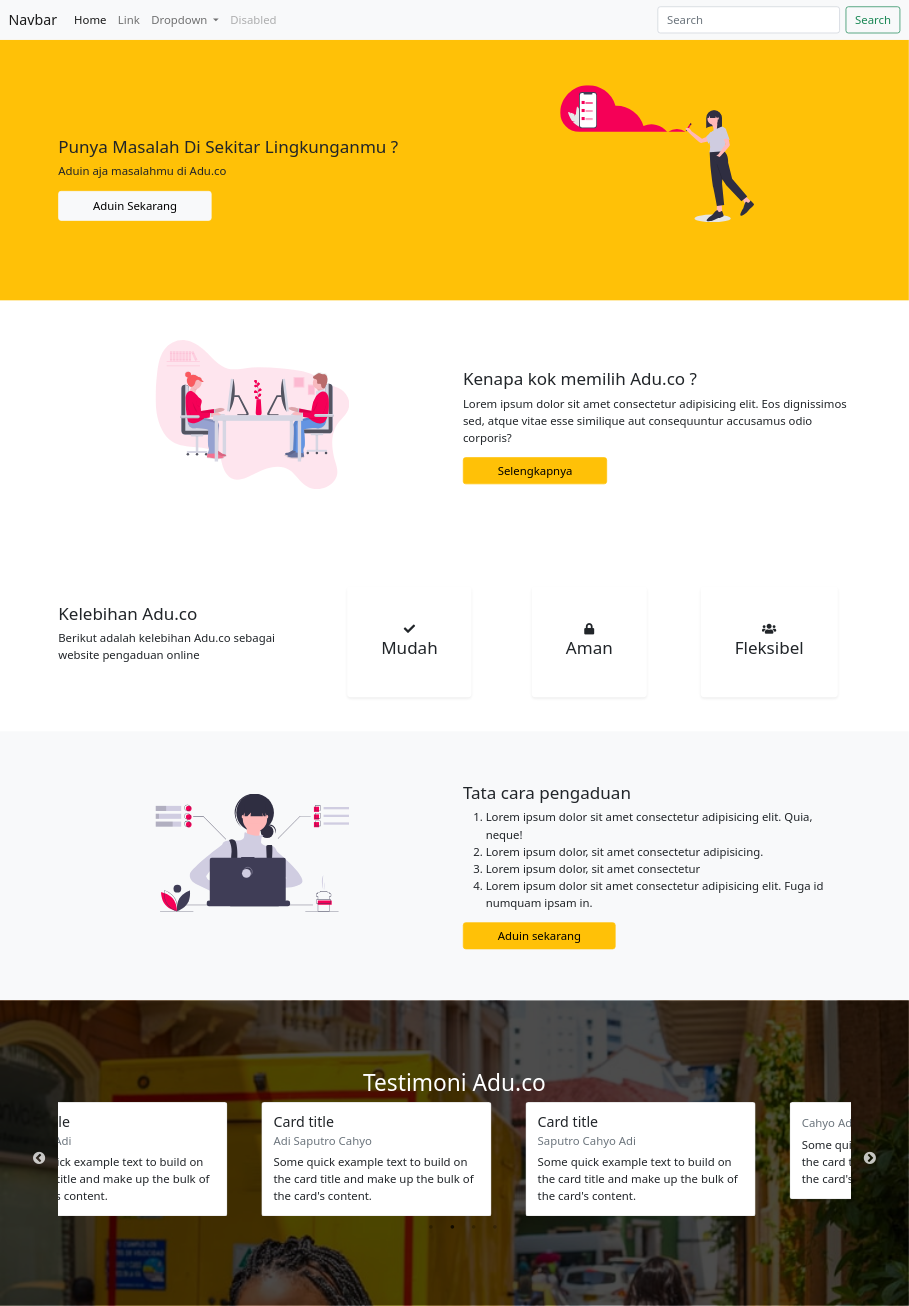
Repository: khulqu15/pengaduan2
Page: http://localhost/
An editor plug-in stored every save of this project. The page is shown before and after the next save, followed by the edit.
The browser window is 1280 px wide. The pictures show the whole page, at 71% of full size.
Backgrounds fixed to the window are drawn as part of the page. The page is served by the project's Laravel application, run on PHP 8.4 with Laravel 8. Other server files are loaded and not shown.

Above is the page before, as saved 2021-02-23 21:10:21.

### routes/web.php
<?php

use App\Http\Controllers\UserController;
use Illuminate\Support\Facades\Route;

/*
|--------------------------------------------------------------------------
| Web Routes
|--------------------------------------------------------------------------
|
| Here is where you can register web routes for your application. These
| routes are loaded by the RouteServiceProvider within a group which
| contains the "web" middleware group. Now create something great!
|
*/

Route::get('/', function () {
    return view('welcome');
});

Route::get('login', [UserController::class, 'loginGet'])->name('loginView');
Route::post('login', [UserController::class, 'loginPost'])->name('loginLogic');
Route::get('register', [UserController::class, 'registerGet'])->name('registerView');
Route::post('register', [UserController::class, 'registerPost'])->name('registerLogic');

### resources/views/welcome.blade.php
@extends('layout.app')

@section('title', 'Home')

@section('content')
    <div class="container-fluid bg-warning py-5">
        <div class="container">
            <div class="row py-3">
                <div class="col-md-6 py-5">
                    <h4 class="mt-4">Punya Masalah Di Sekitar Lingkunganmu ?</h4>
                    <p>Aduin aja masalahmu di Adu.co</p>
                    <button class="btn btn-light px-5 py-2">Aduin Sekarang</button>
                </div>
                <div class="col-md-6 text-center">
                    <img src="{{ asset('img/illust/illust2.svg') }}" class="w-50" alt="">
                </div>
            </div>
        </div>
    </div>
    <div class="container py-5">
        <div class="row">
            <div class="col-md-6 text-center py-2">
                <img src="{{ asset('img/illust/illust1.svg') }}" class="w-50" alt="">
            </div>
            <div class="col-md-6 py-5">
                <h4>Kenapa kok memilih Adu.co ?</h4>
                <p>Lorem ipsum dolor sit amet consectetur adipisicing elit. Eos dignissimos sed, atque vitae esse similique aut consequuntur accusamus odio corporis?</p>
                <button class="btn btn-warning px-5">Selengkapnya</button>
            </div>
        </div>
    </div>
    <div class="container py-5">
        <div class="row">
            <div class="col-md-4 py-4">
                <h4>Kelebihan Adu.co</h4>
                <p>Berikut adalah kelebihan Adu.co sebagai website pengaduan online</p>
            </div>
            <div class="col-md-8">
                <div class="row">
                    <div class="col-md-4 text-center">
                        <div class="d-inline-block shadow-sm rounded-3 p-5">
                            <i class="fas fa-check"></i>
                            <h4>Mudah</h4>
                        </div>
                    </div>
                    <div class="col-md-4 text-center">
                        <div class="d-inline-block shadow-sm rounded-3 p-5">
                            <i class="fas fa-lock"></i>
                            <h4>Aman</h4>
                        </div>
                    </div>
                    <div class="col-md-4 text-center">
                        <div class="d-inline-block shadow-sm rounded-3 p-5">
                            <i class="fas fa-users"></i>
                            <h4>Fleksibel</h4>
                        </div>
                    </div>
                </div>
            </div>
        </div>
    </div>
    <div class="container-fluid bg-light py-5">
        <div class="container py-4">
            <div class="row">
                <div class="col-md-6 text-center py-3">
                    <img src="{{ asset('img/illust/illust3.svg') }}" class="w-50" alt="">
                </div>
                <div class="col-md-6">
                    <h4>Tata cara pengaduan</h4>
                    <ul style="list-style-type: decimal">
                        <li>Lorem ipsum dolor sit amet consectetur adipisicing elit. Quia, neque!</li>
                        <li>Lorem ipsum dolor, sit amet consectetur adipisicing.</li>
                        <li>Lorem ipsum dolor, sit amet consectetur</li>
                        <li>Lorem ipsum dolor sit amet consectetur adipisicing elit. Fuga id numquam ipsam in.</li>
                    </ul>
                    <button class="btn btn-warning px-5">Aduin sekarang</button>
                </div>
            </div>
        </div>
    </div>
    <div class="container-fluid image-footer-home">
        <div class="overlay"></div>
        <div class="container position-relative py-5">
            <div class="row py-5">
                <div class="col-md-12 text-center">
                    <h2 class="text-white">Testimoni Adu.co</h2>
                </div>
                <div class="slider" id="testimoni-slider">
                    <div class="px-4">
                        <div class="card w-100">
                            <div class="card-body">
                                <h5 class="card-title">Card title</h5>
                                <h6 class="card-subtitle mb-2 text-muted">Saputro Adi</h6>
                                <p class="card-text">Some quick example text to build on the card title and make up the bulk of the card's content.</p>
                            </div>
                        </div>
                    </div>
                    <div class="px-4">
                        <div class="card w-100">
                            <div class="card-body">
                                <h5 class="card-title">Card title</h5>
                                <h6 class="card-subtitle mb-2 text-muted">Adi Saputro Cahyo</h6>
                                <p class="card-text">Some quick example text to build on the card title and make up the bulk of the card's content.</p>
                            </div>
                        </div>
                    </div>
                    <div class="px-4">
                        <div class="card w-100">
                            <div class="card-body">
                                <h5 class="card-title">Card title</h5>
                                <h6 class="card-subtitle mb-2 text-muted">Saputro Cahyo Adi</h6>
                                <p class="card-text">Some quick example text to build on the card title and make up the bulk of the card's content.</p>
                            </div>
                        </div>
                    </div>
                    <div class="px-4">
                        <div class="card w-100">
                            <div class="card-body">
                                <h5 class="card-title"></h5>
                                <h6 class="card-subtitle mb-2 text-muted">Cahyo Adi Saputro</h6>
                                <p class="card-text">Some quick example text to build on the card title and make up the bulk of the card's content.</p>
                            </div>
                        </div>
                    </div>
                </div>
            </div>
        </div>
    </div>

    <script>
        $('#testimoni-slider').slick({
            slidesToShow: 3,
            slidesToScroll: 1,
            dots: true,
            arrows: true,
            infinite: true,
            autoplay: true,
            autoplaySpeed: 5000,
        })
    </script>

@endsection

### resources/views/layout/app.blade.php
<!DOCTYPE html>
<html lang="en">
<head>
    <meta charset="UTF-8">
    <meta name="viewport" content="width=device-width, initial-scale=1.0">
    <meta http-equiv="X-UA-Compatible" content="ie=edge">
    <title>Pengaduan | @yield('title')</title>

    <link rel="stylesheet" href="{{ asset('css/bootstrap.min.css') }}">
    <link rel="stylesheet" href="{{ asset('css/all.min.css') }}">
    <link rel="stylesheet" href="{{ asset('css/fontawesome.min.css') }}">
    <link rel="stylesheet" href="{{ asset('css/style.css') }}">
    <link rel="stylesheet" href="{{ asset('css/slick.css') }}">
    <link rel="stylesheet" href="{{ asset('css/slick-theme.css') }}">

    <script src="{{ asset('js/jquery-3.5.1.min.js') }}"></script>
    <script src="{{ asset('js/bootstrap.min.js') }}"></script>
    <script src="{{ asset('js/all.min.js') }}"></script>
    <script src="{{ asset('js/fontawesome.min.js') }}"></script>
    <script src="{{ asset('js/slick.min.js') }}"></script>

    @yield('assets')

</head>
<body>
    <nav class="navbar navbar-expand-lg navbar-light bg-light">
        <div class="container-fluid">
          <a class="navbar-brand" href="#">Navbar</a>
          <button class="navbar-toggler" type="button" data-bs-toggle="collapse" data-bs-target="#navbarSupportedContent" aria-controls="navbarSupportedContent" aria-expanded="false" aria-label="Toggle navigation">
            <span class="navbar-toggler-icon"></span>
          </button>
          <div class="collapse navbar-collapse" id="navbarSupportedContent">
            <ul class="navbar-nav me-auto mb-2 mb-lg-0">
              <li class="nav-item">
                <a class="nav-link active" aria-current="page" href="#">Home</a>
              </li>
              <li class="nav-item">
                <a class="nav-link" href="#">Link</a>
              </li>
              <li class="nav-item dropdown">
                <a class="nav-link dropdown-toggle" href="#" id="navbarDropdown" role="button" data-bs-toggle="dropdown" aria-expanded="false">
                  Dropdown
                </a>
                <ul class="dropdown-menu" aria-labelledby="navbarDropdown">
                  <li><a class="dropdown-item" href="#">Action</a></li>
                  <li><a class="dropdown-item" href="#">Another action</a></li>
                  <li><hr class="dropdown-divider"></li>
                  <li><a class="dropdown-item" href="#">Something else here</a></li>
                </ul>
              </li>
              <li class="nav-item">
                <a class="nav-link disabled" href="#" tabindex="-1" aria-disabled="true">Disabled</a>
              </li>
            </ul>
            <form class="d-flex">
              <input class="form-control me-2" type="search" placeholder="Search" aria-label="Search">
              <button class="btn btn-outline-success" type="submit">Search</button>
            </form>
          </div>
        </div>
      </nav>

    @yield('content')
</body>
</html>

### public/css/style.css
body {
    overflow-x: hidden !important;
}
.viga {
    font-family: 'Viga', sans-serif;
}
.bgm-primary {
    background-color: #E62A2A !important;
}
.btnm-primary {
    border: none;
    border-radius: 0px !important;
    transition: all .3s ease-in-out;
    background-color: #E62A2A !important;
    padding: 1rem 2rem;
    color: white;
}
.text-right {
    text-align: right !important;
}
.cursor-point {
    cursor: pointer;
}
.btnm-primary:hover {
    color: white !important;
    background-color: #c01c1c !important;
}
.btnm-light {
    border: none;
    border-radius: 0px !important;
    transition: all .3s ease-in-out;
    background-color: #f2f2f2 !important;
    padding: 1rem 2rem;
    color: #292929;
}
.btnm-light:hover {
    color: #292929 !important;
    background-color: #c2c2c2 !important;
}
.textm-primary {
    color: #E62A2A !important;
}
.textm-gray {
    color: gray !important;
}

.input-search-home {
    width: 80%;
    position: absolute;
    left: 10%;
    height: 60px;
    box-shadow: 0px 20px 40px -6px rgba(0, 0, 0, 0.12);
    top: -50px;
    background-color: white;
}
.input-search-home input {
    height: 60px;
}
.input-search-home button,
.input-search-home a {
    position: relative;
    top: -10px;
}


.card-product {
    width: 100%;
    transition: all .3s ease-in-out;
    height: 370px;
    background-color: white;
}
.card-product:hover {
    box-shadow: 12px 24px 48px rgba(0, 0, 0, 0.09);
}
.card-product .image {
    width: 100%;
    height: 170px;
    background-color: #f36c6c;
    overflow: hidden;
}
.card-product .image img {
    transition: all .3s ease-in-out;
}
.card-product .image:hover img {
    transform: scale(1.1);
    opacity: .6;
}
.image-fit-card {
    width: 100%;
    height: 100%;
    object-fit: cover !important;
}
.card-product .line-category {
    display: inline-block;
    width: 20px;
    height: 3px;
    background-color: gray;
}

.bg-hammer-bottom {
    background: url('../img/wallpaper/hammer.png');
    background-attachment: fixed;
    background-position: center;
    background-size: cover;
}

.input-email-footer {
    position: relative;
    width: 100%;
    height: 70px;
    box-shadow: 0px 19px 38px rgba(0, 0, 0, 0.12);
    background-color: white;
}
.input-email-footer input {
    height: 70px;
    width: 100%;
}
.input-email-footer button {
    position: relative;
    top: -8px
}

.menu-footer {
    color: rgba(255, 255, 255, .5);
}
.menu-footer:hover {
    color: rgba(255, 255, 255, 1);
    cursor: pointer;
    transition: all .4s ease-in-out;
}
.menu-footer .icon {
    position: absolute;
    right: -50px;
    opacity: 0;
    transition: all .2s ease-in-out;
    visibility: hidden;
}
.menu-footer:hover .icon {
    position: relative;
    opacity: 1;
    right: 0;
    visibility: visible;
}
.menu-footer .menu-title {
    transition: all .2s ease-in-out;
    position: relative;
    font-size: 3rem;
    right: -10px;
}
.menu-footer:hover .menu-title {
    position: relative;
    right: 0px;
}

.icons-footer svg {
    transition: all .2s ease-in-out;
    color: #c2c2c2;
    margin: 0px .8rem;
    font-size: 1.4rem;
}

.icons-footer svg:hover {
    cursor: pointer;
    color: #767676;
}

.navbar {
    transition: all .3s ease-in-out;
    z-index: 100;
}
.burger {
    margin: 10px 0px 0px 0px;
}
.burger div {
    width: 40px;
    height: 5px;
    margin: 7px 0px;
    background-color: #767676;
}
.image-footer-home {
    background-image: url('../img/wallpaper/1.jpg');
    background-size: cover;
    background-attachment: fixed;
    position: relative;
}
.image-footer-home .overlay {
    background-color: rgba(0, 0, 0, 0.7);
    position: absolute;
    left: 0;
    top: 0;
    width: 100%;
    height: 100%;
}

Loaded but not shown: public/css/bootstrap.min.css (library); public/css/all.min.css (library); public/css/fontawesome.min.css (library); public/css/slick.css (common file); public/css/slick-theme.css (library); public/js/jquery-3.5.1.min.js (library); public/js/bootstrap.min.js (library); public/js/fontawesome.min.js (library); public/js/slick.min.js (library); public/img/illust/illust1.svg (1 lines, source omitted); public/img/illust/illust3.svg (1 lines, source omitted); public/img/illust/illust2.svg (1 lines, source omitted)

After the next save:
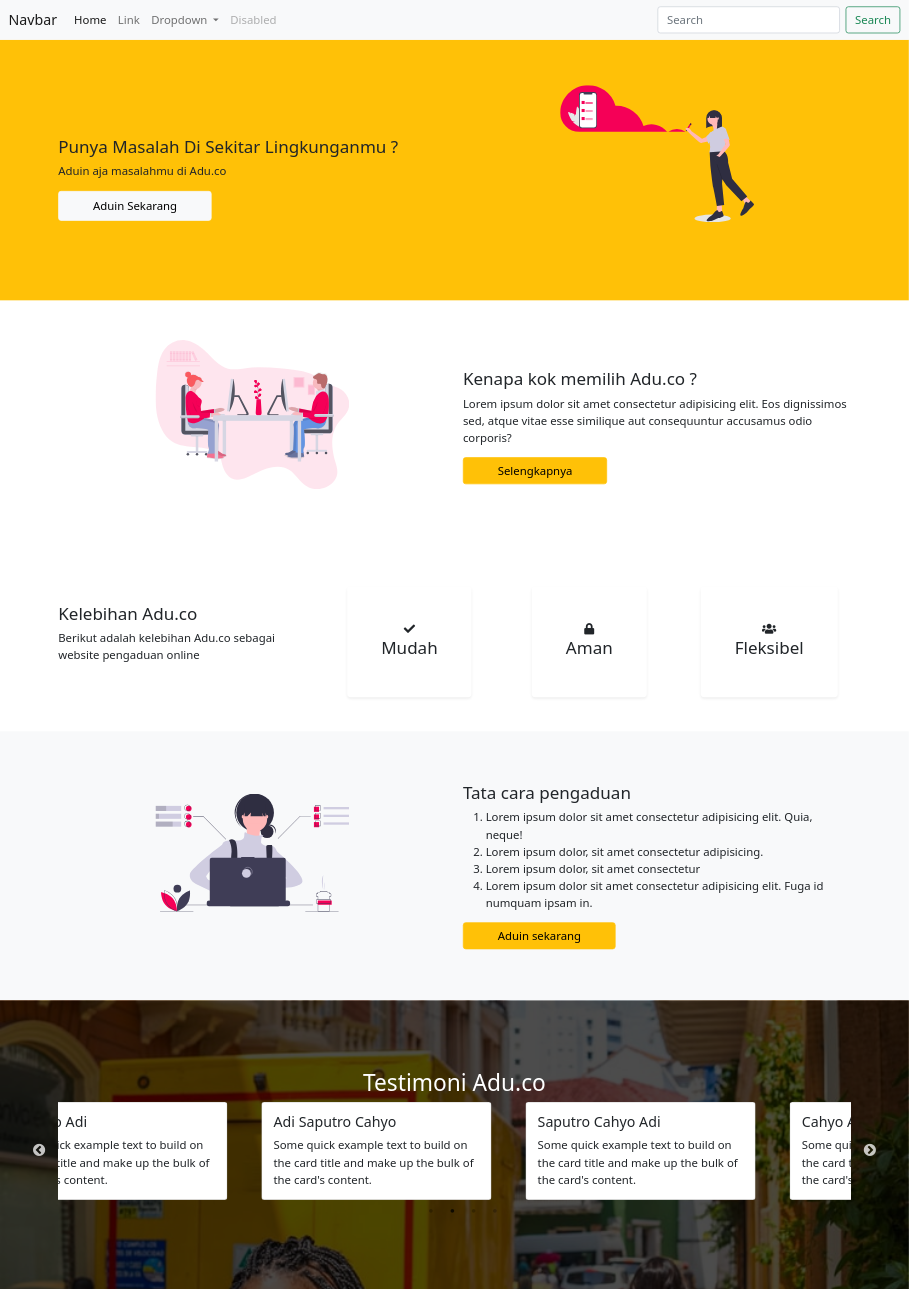
Saved 45 s later.
--- a/resources/views/welcome.blade.php
+++ b/resources/views/welcome.blade.php
@@ -89,8 +89,7 @@
                     <div class="px-4">
                         <div class="card w-100">
                             <div class="card-body">
-                                <h5 class="card-title">Card title</h5>
-                                <h6 class="card-subtitle mb-2 text-muted">Saputro Adi</h6>
+                                <h5 class="card-title">Saputro Adi</h5>
                                 <p class="card-text">Some quick example text to build on the card title and make up the bulk of the card's content.</p>
                             </div>
                         </div>
@@ -98,8 +97,7 @@
                     <div class="px-4">
                         <div class="card w-100">
                             <div class="card-body">
-                                <h5 class="card-title">Card title</h5>
-                                <h6 class="card-subtitle mb-2 text-muted">Adi Saputro Cahyo</h6>
+                                <h5 class="card-title">Adi Saputro Cahyo</h5>
                                 <p class="card-text">Some quick example text to build on the card title and make up the bulk of the card's content.</p>
                             </div>
                         </div>
@@ -107,8 +105,7 @@
                     <div class="px-4">
                         <div class="card w-100">
                             <div class="card-body">
-                                <h5 class="card-title">Card title</h5>
-                                <h6 class="card-subtitle mb-2 text-muted">Saputro Cahyo Adi</h6>
+                                <h5 class="card-title">Saputro Cahyo Adi</h5>
                                 <p class="card-text">Some quick example text to build on the card title and make up the bulk of the card's content.</p>
                             </div>
                         </div>
@@ -116,8 +113,7 @@
                     <div class="px-4">
                         <div class="card w-100">
                             <div class="card-body">
-                                <h5 class="card-title"></h5>
-                                <h6 class="card-subtitle mb-2 text-muted">Cahyo Adi Saputro</h6>
+                                <h5 class="card-title">Cahyo Adi Saputro</h5>
                                 <p class="card-text">Some quick example text to build on the card title and make up the bulk of the card's content.</p>
                             </div>
                         </div>
